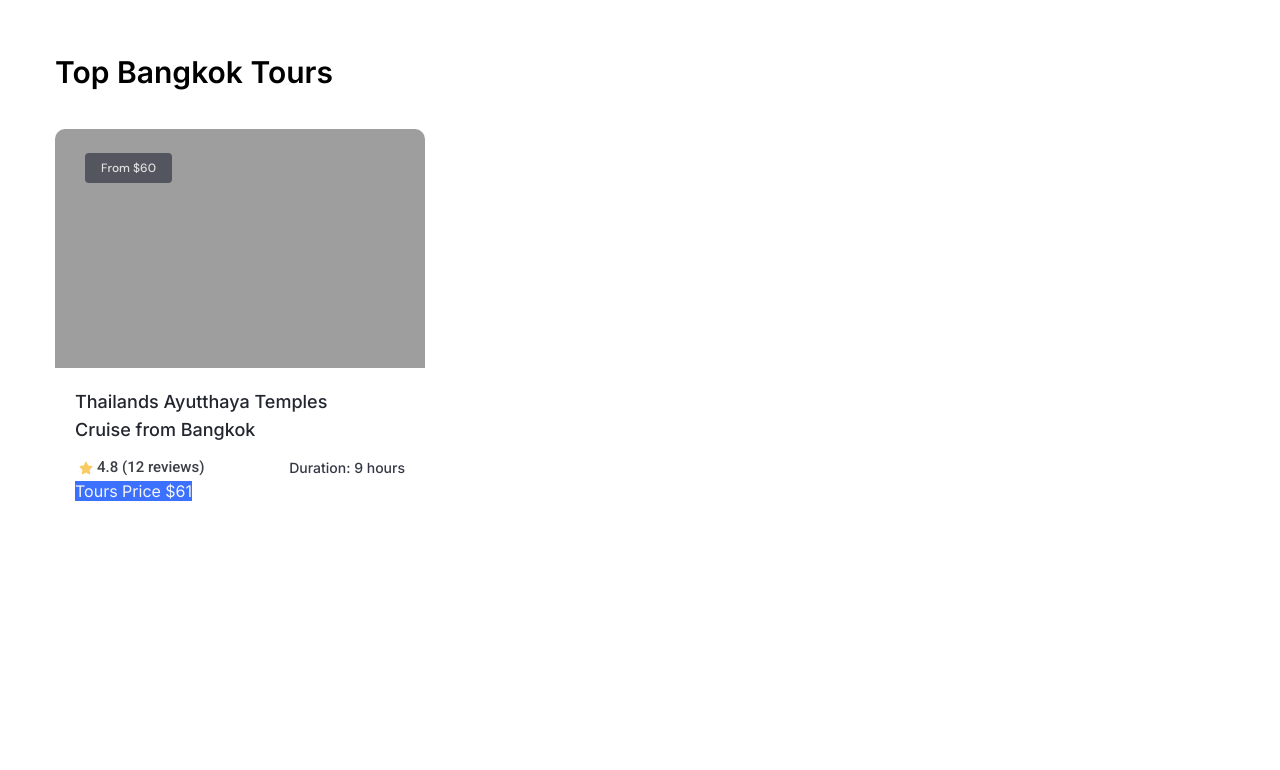
Repository: man0405/practice-web
Page: index.html
These files come from the project's save history. The page is drawn as it stood at one moment and after the next save; the edit follows.
The browser window is 1280 px wide. The pictures show the whole page.
Pictures or frames that could not be fetched are drawn as grey boxes. Some web fonts or font styles are not loaded; a fallback is used.

Above is the page before, as saved 2023-03-29 11:04:40.

### index.html
<!DOCTYPE html>
<html lang="en">
  <head>
    <meta charset="UTF-8" />
    <meta http-equiv="X-UA-Compatible" content="IE=edge" />
    <meta name="viewport" content="width=device-width, initial-scale=1.0" />
    <title>Practice Website</title>
    <link rel="stylesheet" href="./main.css" />
    <link rel="preconnect" href="https://fonts.googleapis.com" />
    <link rel="preconnect" href="https://fonts.gstatic.com" crossorigin="" />
    <link
      href="https://fonts.googleapis.com/css2?family=Delicious+Handrawn&amp;family=Inter:wght@100;200;300;400;500;600;700;800;900&amp;family=Pacifico&amp;family=Roboto:ital,wght@0,100;0,300;0,400;0,500;0,700;0,900;1,100;1,300;1,400;1,500;1,700;1,900&amp;display=swap"
      rel="stylesheet"
    />
    <link rel="preconnect" href="https://fonts.googleapis.com" />
    <link rel="preconnect" href="https://fonts.gstatic.com" crossorigin="" />
    <link
      href="https://fonts.googleapis.com/css2?family=DM+Sans:wght@500&amp;family=Delicious+Handrawn&amp;family=Inter:wght@100;200;300;400;500;600;700;800;900&amp;family=Pacifico&amp;family=Roboto:ital,wght@0,100;0,300;0,400;0,500;0,700;0,900;1,100;1,300;1,400;1,500;1,700;1,900&amp;display=swap"
      rel="stylesheet"
    />
    <link rel="preconnect" href="https://fonts.googleapis.com" />
    <link rel="preconnect" href="https://fonts.gstatic.com" crossorigin="" />
    <link
      href="https://fonts.googleapis.com/css2?family=DM+Sans:wght@500&amp;family=Delicious+Handrawn&amp;family=Inter:wght@100;200;300;400;500;600;700;800;900&amp;family=Pacifico&amp;family=Roboto:ital,wght@0,100;0,300;0,400;0,500;0,700;0,900;1,100;1,300;1,400;1,500;1,700;1,900&amp;display=swap"
      rel="stylesheet"
    />
    <link rel="preconnect" href="https://fonts.googleapis.com" />
    <link rel="preconnect" href="https://fonts.gstatic.com" crossorigin />
    <link
      href="https://fonts.googleapis.com/css2?family=DM+Sans:wght@500&family=Delicious+Handrawn&family=Inter:wght@100;200;300;400;500;600;700;800;900&family=Pacifico&family=Roboto:ital,wght@0,100;0,300;0,400;0,500;0,700;0,900;1,100;1,300;1,400;1,500;1,700;1,900&display=swap"
      rel="stylesheet"
    />
  </head>
  <body>
    <section class="top-tour">
      <div class="container">
        <h2 class="heading">Top Bangkok Tours</h2>
        <div class="tour-list">
          <div class="tour-item">
            <div class="tour-top">
              <img
                class="tour-image"
                src="https://source.unsplash.com/random"
                alt="tour-image"
              /><span class="tour-price">From $60</span>
            </div>
            <div class="tour-contents">
              <h3 class="tour-title">
                Thailands Ayutthaya Temples Cruise from Bangkok
              </h3>
              <div class="tour-rating">
                <div class="tour-review">
                  <div class="tour-star">
                    <img src="./img/star.png" alt="tour-rating" />
                  </div>
                  <div class="tour-review-count">4.8 (12 reviews)</div>
                </div>
                <div class="tour-duration">Duration: 9 hours</div>
              </div>
              <a
                class="tour-button"
                href="#"
                target="_blank"
                rel="noopener noreferrer"
                >Tours Price $61</a
              >
            </div>
          </div>
        </div>
      </div>
    </section>
  </body>
</html>

### main.css
*,
*:before,
*:after {
  box-sizing: border-box;
}
* {
  margin: 0;
  padding: 0;
  font: inherit;
}
img,
picture,
svg,
video {
  display: block;
  max-width: 100%;
}
body {
  font-family: "Inter", sans-serif;
  min-height: 100vh;
}

:root {
  --text-color: #fcfcfd;
  --primary-color: #3b71fe;
  --gray-1: #23262f;
  --gray-2: #353945;
  --gray-6: #f4f5f6;
}

.container {
  width: 1170px;
  margin: 50px auto;
}

.heading {
  font-size: 30px;
  font-weight: 600;
  line-height: 1.5;
  margin-bottom: 34px;
}

.tour-item {
  border-radius: 10px;
  width: 370px;
}

.tour-top {
  width: 100%;
  height: 239px;
  position: relative;
  margin-bottom: 20px;
}

.tour-image {
  width: 100%;
  height: 100%;
  border-top-right-radius: 10px;
  border-top-left-radius: 10px;
  object-fit: cover;
}

.tour-price {
  position: absolute;
  top: 24px;
  left: 30px;
  color: var(--text-color);
  background-color: var(--gray-2);
  padding: 5px 16px;
  opacity: 0.7;
  border-radius: 4px;

  font-size: 12px;
  font-weight: 500;
  font-family: "DM Sans";
  line-height: 1.6667;
}

.tour-contents {
  margin-left: 20px;
  margin-right: 20px;
}

.tour-title {
  max-width: 258px;
  font-size: 18px;
  font-weight: 500;
  line-height: 1.5667;
  margin-bottom: 10px;
  color: var(--gray-1);
  display: -webkit-box;
  -webkit-line-clamp: 2;
  -webkit-box-orient: vertical;
  overflow: hidden;
  text-overflow: ellipsis;
  word-break: break-word;
}

.tour-rating {
  display: flex;
  justify-content: space-between;
  align-items: center;
}

.tour-review {
  display: flex;
  align-items: center;
}

.tour-review-count {
  font-family: "Roboto", sans-serif;
  font-size: 15px;
  font-weight: 500;
  line-height: 1.8;
  color: #3b3e44;
}

.tour-duration {
  font-family: "Inter";
  font-weight: 500;
  font-size: 14px;
  line-height: 1.428;
  color: var(--gray-2);
}

.tour-button {
  text-decoration: none;
  color: var(--gray-6);
  background-color: var(--primary-color);
}

After the next save:
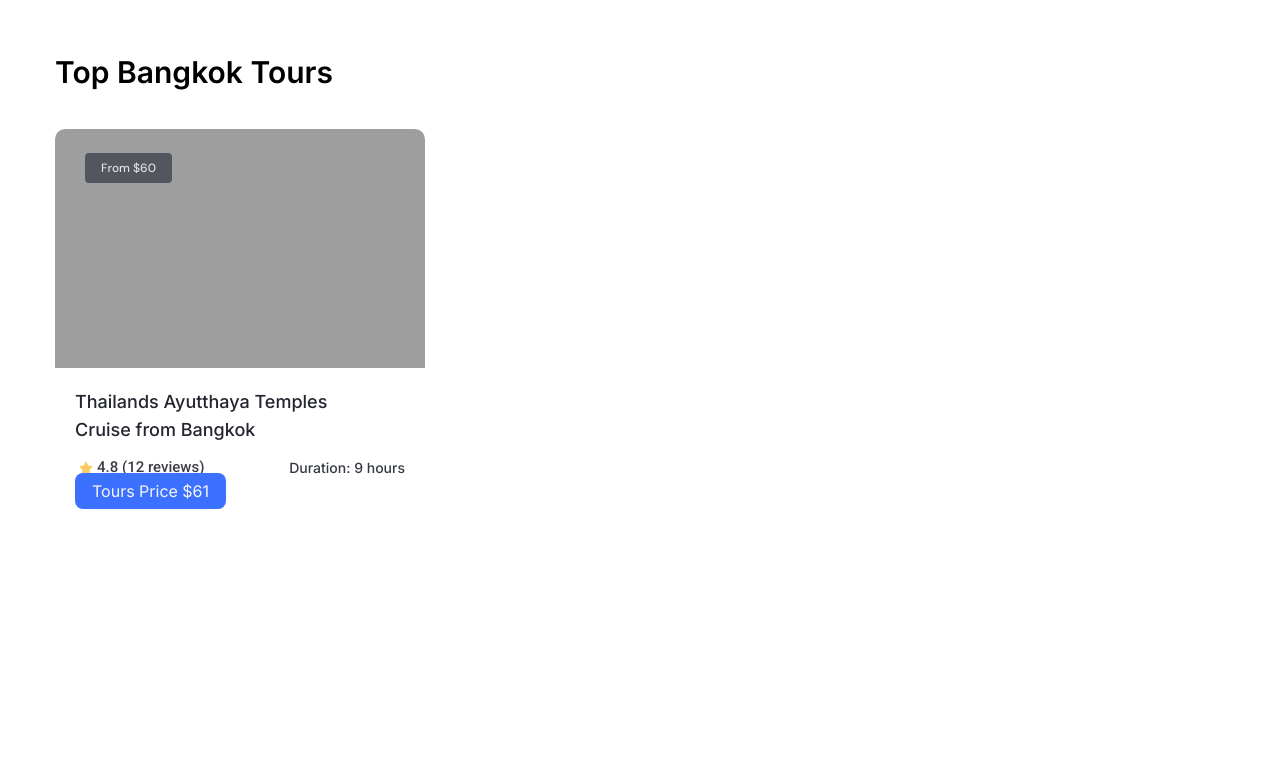
Saved 39 s later.
--- a/main.css
+++ b/main.css
@@ -127,4 +127,6 @@ body {
   text-decoration: none;
   color: var(--gray-6);
   background-color: var(--primary-color);
+  padding: 8px 17px;
+  border-radius: 8px;
 }
